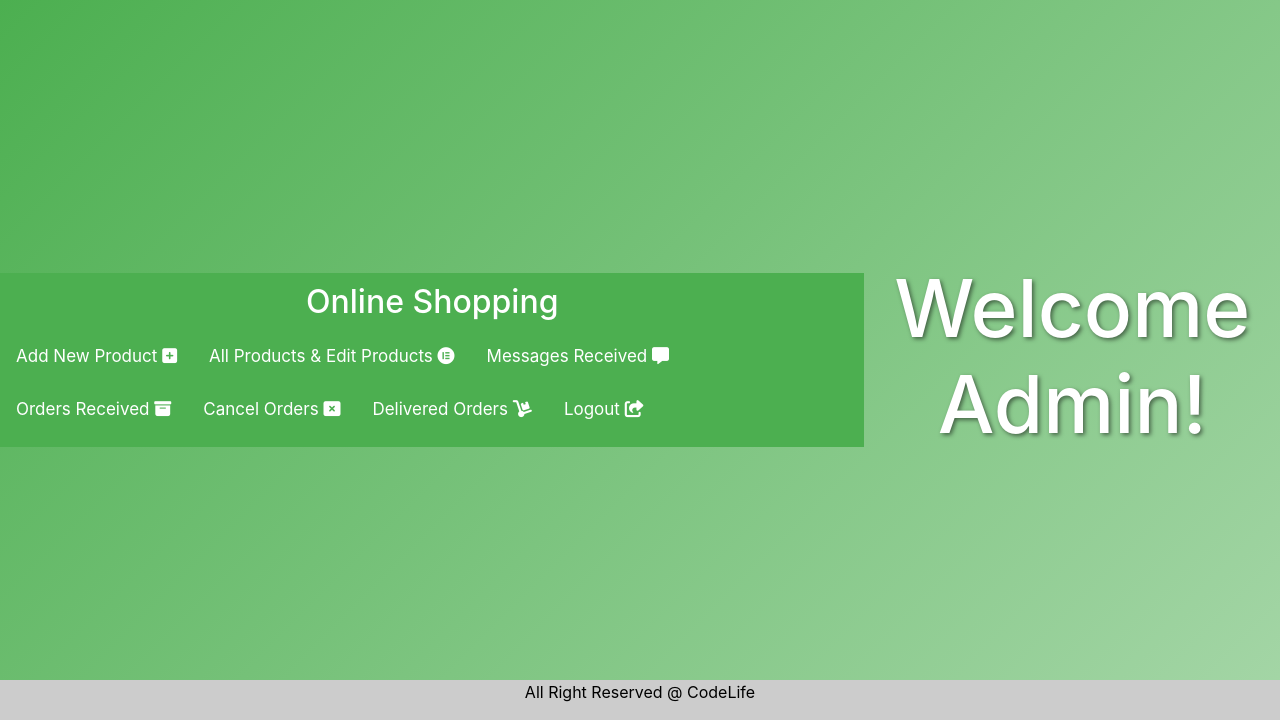
Repository: Dineshbabu290904/DigiMart
Page: http://localhost/DigiMart/admin/adminHome.jsp
An editor plug-in stored every save of this project. The page is shown before and after the next save, followed by the edit.
The browser window is 1280 px wide. The pictures show the whole page.
Some web libraries are served in a nearby version. The page is served by Tomcat 9. Other server files are loaded and not shown.

Above is the page before, as saved 2024-10-16 15:50:16.

### DigiMart/src/main/webapp/admin/adminHome.jsp
<%@include file="adminHeader.jsp"%>

<!DOCTYPE html>
<html lang="en">
<head>
    <meta charset="UTF-8">
    <meta name="viewport" content="width=device-width, initial-scale=1.0">
    <link rel="stylesheet" href="https://stackpath.bootstrapcdn.com/bootstrap/4.5.2/css/bootstrap.min.css">
    <title>Welcome</title>
    <style>
        body {
            background: linear-gradient(135deg, #4caf50, #a5d6a7); /* Green gradient background */
            height: 100vh; /* Full viewport height */
            display: flex; /* Flexbox for centering */
            justify-content: center; /* Center horizontally */
            align-items: center; /* Center vertically */
            text-align: center; /* Center text */
            color: white; /* White text color */
            margin: 0; /* Remove default margin */
        }
        h1 {
            font-size: 5rem; /* Responsive font size */
            text-shadow: 2px 2px 4px rgba(0, 0, 0, 0.5); /* Subtle shadow for depth */
        }
    </style>
</head>
<body>

    <h1>Welcome Admin!</h1>

    <!-- Bootstrap JS and dependencies -->
    <script src="https://code.jquery.com/jquery-3.5.1.slim.min.js"></script>
    <script src="https://cdn.jsdelivr.net/npm/@popperjs/core@2.5.3/dist/umd/popper.min.js"></script>
    <script src="https://stackpath.bootstrapcdn.com/bootstrap/4.5.2/js/bootstrap.min.js"></script>

</body>
<%@include file="../footer.jsp"%>
</html>

### DigiMart/src/main/webapp/admin/adminHeader.jsp
<%@page errorPage="../error.jsp" %>
<!DOCTYPE html>
<html lang="en">
<head>
    <meta charset="UTF-8">
    <meta name="viewport" content="width=device-width, initial-scale=1.0">
    <link rel="stylesheet" href="../css/home-style.css">
    <link rel="stylesheet" href="https://cdnjs.cloudflare.com/ajax/libs/font-awesome/4.7.0/css/font-awesome.min.css">
    <link rel="stylesheet" href="https://stackpath.bootstrapcdn.com/bootstrap/4.5.2/css/bootstrap.min.css">
    <script src='https://kit.fontawesome.com/a076d05399.js'></script>
    <title>Admin Home</title>
    <style>
        body {
            background-color: #f8f9fa; /* Light background */
        }
        .topnav {
            background-color: #4caf50; /* Green background */
            overflow: hidden;
            padding: 10px 0;
        }
        .topnav a {
            color: white; /* White text */
            text-align: center;
            padding: 14px 16px;
            text-decoration: none;
            display: inline-block;
        }
        .topnav a:hover {
            background-color: #45a049; /* Darker green on hover */
        }
        h2 {
            color: white; /* White header */
        }
    </style>
</head>
<body>

    <!-- Header -->
    <div class="topnav sticky">
        <center><h2>Online Shopping</h2></center>
        <a href="addNewProduct.jsp">Add New Product <i class='fas fa-plus-square'></i></a>
        <a href="allProductEditProduct.jsp">All Products & Edit Products <i class='fab fa-elementor'></i></a>
        <a href="#">Messages Received <i class='fas fa-comment-alt'></i></a>
        <a href="#">Orders Received <i class="fas fa-archive"></i></a>
        <a href="#">Cancel Orders <i class='fas fa-window-close'></i></a>
        <a href="#">Delivered Orders <i class='fas fa-dolly'></i></a>
        <a href="../logout.jsp">Logout <i class='fas fa-share-square'></i></a>
    </div>

    <br>


    <!-- Bootstrap JS and dependencies -->
    <script src="https://code.jquery.com/jquery-3.5.1.slim.min.js"></script>
    <script src="https://cdn.jsdelivr.net/npm/@popperjs/core@2.5.3/dist/umd/popper.min.js"></script>
    <script src="https://stackpath.bootstrapcdn.com/bootstrap/4.5.2/js/bootstrap.min.js"></script>

</body>
</html>

### DigiMart/src/main/webapp/footer.jsp
 <div class="footer">
 	<p>All Right Reserved @ CodeLife</p>
</div>

### DigiMart/src/main/webapp/css/home-style.css
    body {
  font-family: "Open Sans", sans-serif;
  line-height: 1.25;
  background-color: green;
}
a
{
	text-decoration: none;
}
.sticky {
  position: -webkit-sticky;
  position: sticky;
  top: 0;
}

table {
  border: 1px solid #ccc;
  border-collapse: collapse;
  margin: 0;
  padding: 0;
  width: 100%;
  /*margin-left: 5%;*/
  table-layout: fixed;
}

table caption {
  font-size: 1.5em;
  margin: .5em 0 .75em;
}

table tr {
  background-color: #f8f8f8;
  border: 1px solid #ddd;
  padding: .35em;
}

table th,
table td {
  padding: .625em;
  text-align: center;
}

table th {
  font-size: .85em;
  letter-spacing: .1em;
  text-transform: uppercase;
}

@media screen and (max-width: 600px) {
  table {
    border: 0;
  }

  table caption {
    font-size: 1.3em;
  }

  table thead {
    border: none;
    clip: rect(0 0 0 0);
    height: 1px;
    margin: -1px;
    overflow: hidden;
    padding: 0;
    position: absolute;
    width: 1px;
  }

  table tr {
    border-bottom: 3px solid #ddd;
    display: block;
    margin-bottom: .625em;
  }

  table td {
    border-bottom: 1px solid #ddd;
    display: block;
    font-size: .8em;
    text-align: right;
  }

  table td::before {
    /*
    * aria-label has no advantage, it won't be read inside a table
    content: attr(aria-label);
    */
    content: attr(data-label);
    float: left;
    font-weight: bold;
    text-transform: uppercase;
  }

  table td:last-child {
    border-bottom: 0;
  }
}

/*Header Css*/
* {box-sizing: border-box;}

    body {
      margin: 0;
      font-family: Arial, Helvetica, sans-serif;
    }

    .topnav {
      overflow: hidden;
      background-color: #e9e9e9;
    }

    .topnav a {
      float: left;
      display: block;
      color: black;
      text-align: center;
      padding: 14px 16px;
      text-decoration: none;
      font-size: 17px;
    }

    .topnav a:hover {
      background-color: #ddd;
      color: black;
    }

    .topnav a.active {
      background-color: green;
      color: white;
    }

    .topnav .search-container {
      float: right;
    }

    .topnav input[type=text] {
      padding: 6px;
      margin-top: 8px;
      font-size: 17px;
      border: none;
    }

    .topnav .search-container button {
      float: right;
      padding: 6px 10px;
      margin-top: 8px;
      margin-right: 16px;
      background: #ddd;
      font-size: 17px;
      border: none;
      cursor: pointer;
    }

    .topnav .search-container button:hover {
      background: #ccc;
    }

    @media screen and (max-width: 600px) {
      .topnav .search-container {
        float: none;
      }
      .topnav a, .topnav input[type=text], .topnav .search-container button {
        float: none;
        display: block;
        text-align: left;
        width: 100%;
        margin: 0;
        padding: 14px;
      }
      .topnav input[type=text] {
        border: 1px solid #ccc;
      }

    }
/*footer*/
.footer {
   position: fixed;
   left: 0;
   bottom: 0;
   width: 100%;
   background-color:#ccc;
   color:black;
   text-align: center;
}

.h2222 {
  width: 100%;
  padding: 12px 20px;
  margin: 8px 0;
  box-sizing: border-box;
  border: none;
  background-color: #3CBC8D;
  color: white;
}

After the next save:
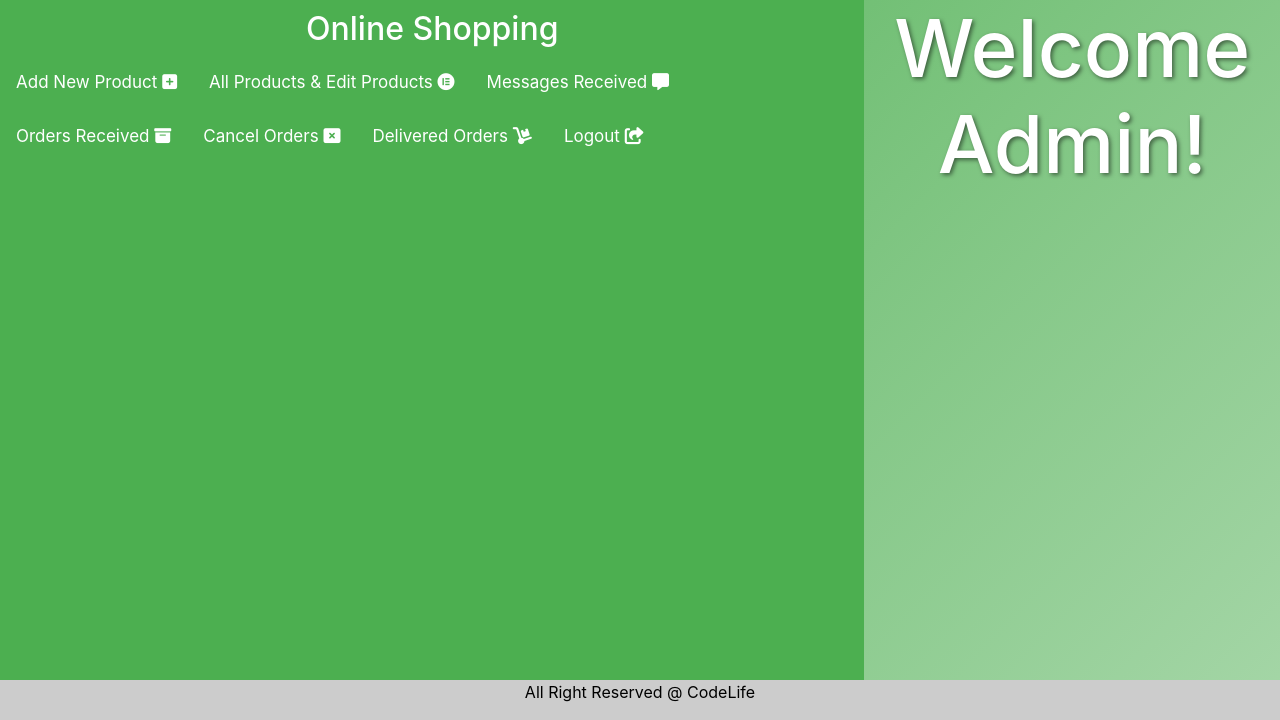
Saved 24 s later.
--- a/DigiMart/src/main/webapp/admin/adminHome.jsp
+++ b/DigiMart/src/main/webapp/admin/adminHome.jsp
@@ -13,7 +13,7 @@
             height: 100vh; /* Full viewport height */
             display: flex; /* Flexbox for centering */
             justify-content: center; /* Center horizontally */
-            align-items: center; /* Center vertically */
+
             text-align: center; /* Center text */
             color: white; /* White text color */
             margin: 0; /* Remove default margin */

After the save that followed:
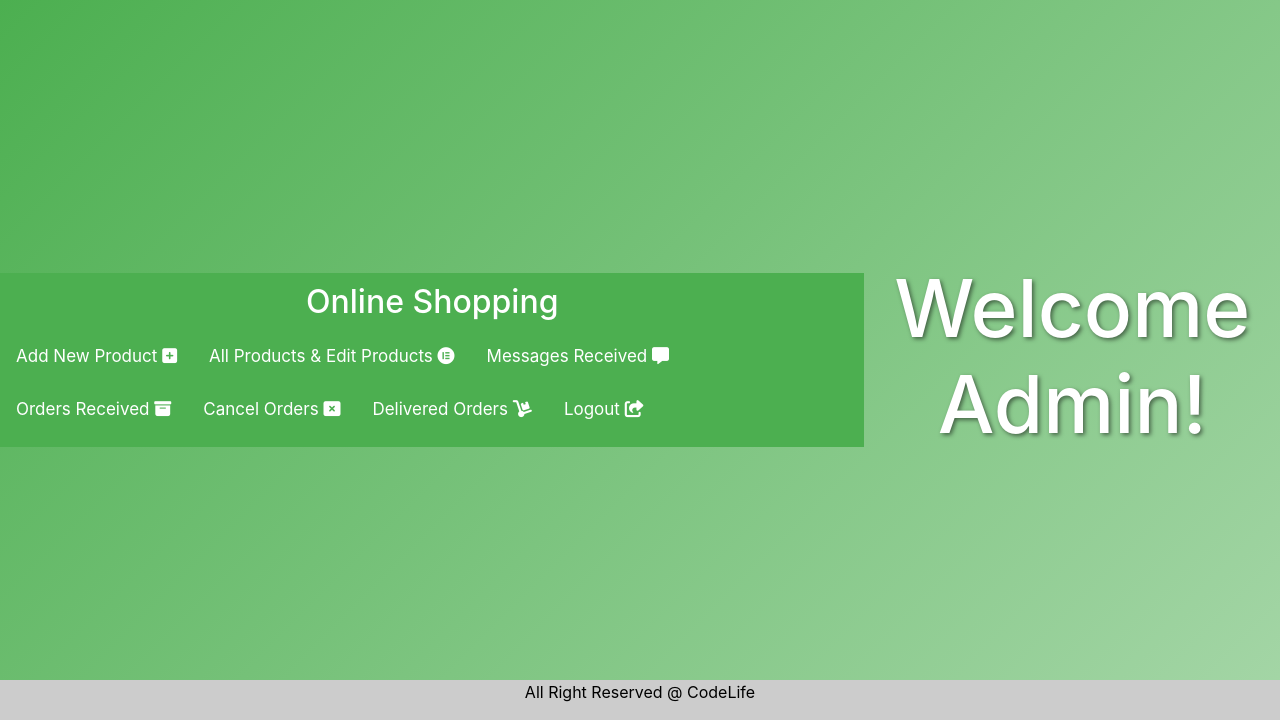
Saved 67 s later.
--- a/DigiMart/src/main/webapp/admin/adminHome.jsp
+++ b/DigiMart/src/main/webapp/admin/adminHome.jsp
@@ -6,14 +6,14 @@
     <meta charset="UTF-8">
     <meta name="viewport" content="width=device-width, initial-scale=1.0">
     <link rel="stylesheet" href="https://stackpath.bootstrapcdn.com/bootstrap/4.5.2/css/bootstrap.min.css">
-    <title>Welcome</title>
+    <title>Welcome Admin</title>
     <style>
         body {
             background: linear-gradient(135deg, #4caf50, #a5d6a7); /* Green gradient background */
             height: 100vh; /* Full viewport height */
             display: flex; /* Flexbox for centering */
             justify-content: center; /* Center horizontally */
-
+            align-items: center; /* Center vertically */
             text-align: center; /* Center text */
             color: white; /* White text color */
             margin: 0; /* Remove default margin */
